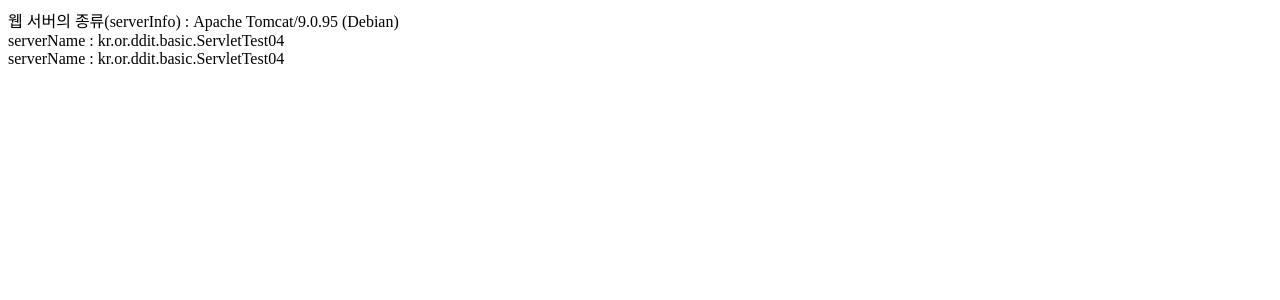
Repository: p2terkim/servletWork
Page: http://localhost/servletTest/servletTest04.do
The author's editor kept a copy of each file at every save. The page is drawn from the files as they stood at one save, then again after the next save.
The browser window is 1280 px wide. The pictures show the whole page.
The page is served by Tomcat 9. Other server files are loaded and not shown.

Above is the page before, as saved 2021-05-14 05:03:35.

### servletTest/src/kr/or/ddit/basic/ServletTest04.java
package kr.or.ddit.basic;

import java.io.IOException;
import java.io.PrintWriter;

import javax.servlet.ServletContext;
import javax.servlet.ServletException;
import javax.servlet.annotation.WebServlet;
import javax.servlet.http.HttpServlet;
import javax.servlet.http.HttpServletRequest;
import javax.servlet.http.HttpServletResponse;

@WebServlet("/servletTest04.do")
public class ServletTest04 extends HttpServlet {
	private static final long serialVersionUID = 1L;

	protected void doGet(HttpServletRequest request, HttpServletResponse response) throws ServletException, IOException {
		response.setCharacterEncoding("utf-8");
		/*
		 * Servlet 클래스나 JSP 페이지의 환경에 관련된 정보는 javax.servlet.SErvletContest인터페이스 타입의 객체를 이용해서 얻을 수 있다.
		 *
		 * ServletContext 객체의 메서드
		 *  - getServerInfo() 메서드 ==> Servlet이 속하는 웹 서버의 종류를 반환한다.
		 *  - getMajorVersion() 메서드 ==> 웹 컨테이너가 지원하는 Servlet 규격서의 메이저 버전 반환
		 *  - getMinorVersion() 메서드 ==> 웹 컨테이너가 지원하는 Servlet 규격서의 마이너 버전 반환
		 *
		 */
		//ServletContext 객체 구하기
		ServletContext context = this.getServletContext();
		String serverInfo = context.getServerInfo();
		int majorVersion = context.getMajorVersion();
		int minorVersion = context.getMinorVersion();

		String serverName = this.getServletName();

		response.setContentType("text/html; charset=utf-8");

		PrintWriter out = response.getWriter();

		out.println("<DOCTYPE html>");
		out.println("<html><head><meta charset='utf-8'>");
		out.println("<title>웹 서버의 정보</title></head>");
		out.println("<body>");
		out.println("웹 서버의 종류(serverInfo) : " + serverInfo + "<br>");
		out.printf("serverName : %s<br>", serverName);
		out.printf("serverName : %s<br>", serverName);




	}

	protected void doPost(HttpServletRequest request, HttpServletResponse response) throws ServletException, IOException {
		doGet(request, response);
	}

}

After the next save:
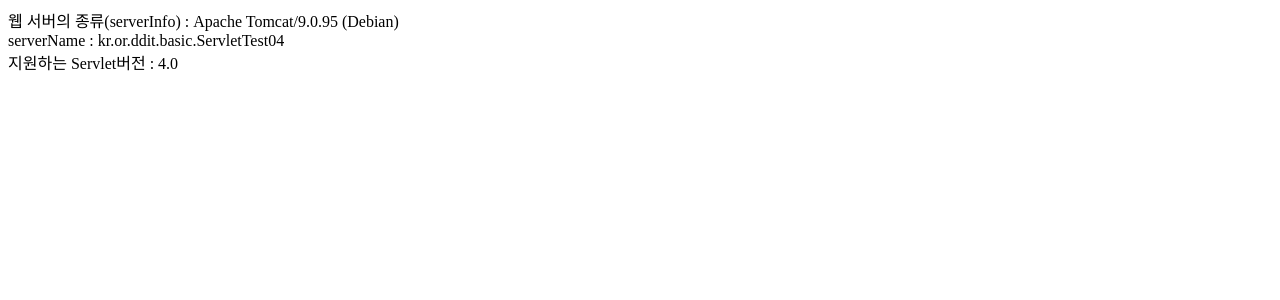
Saved 38 s later.
--- a/servletTest/src/kr/or/ddit/basic/ServletTest04.java
+++ b/servletTest/src/kr/or/ddit/basic/ServletTest04.java
@@ -43,7 +43,7 @@ public class ServletTest04 extends HttpServlet {
 		out.println("<body>");
 		out.println("웹 서버의 종류(serverInfo) : " + serverInfo + "<br>");
 		out.printf("serverName : %s<br>", serverName);
-		out.printf("serverName : %s<br>", serverName);
+		out.printf("지원하는 Servlet버전 : %d.%d", majorVersion, minorVersion);
 
 
 
